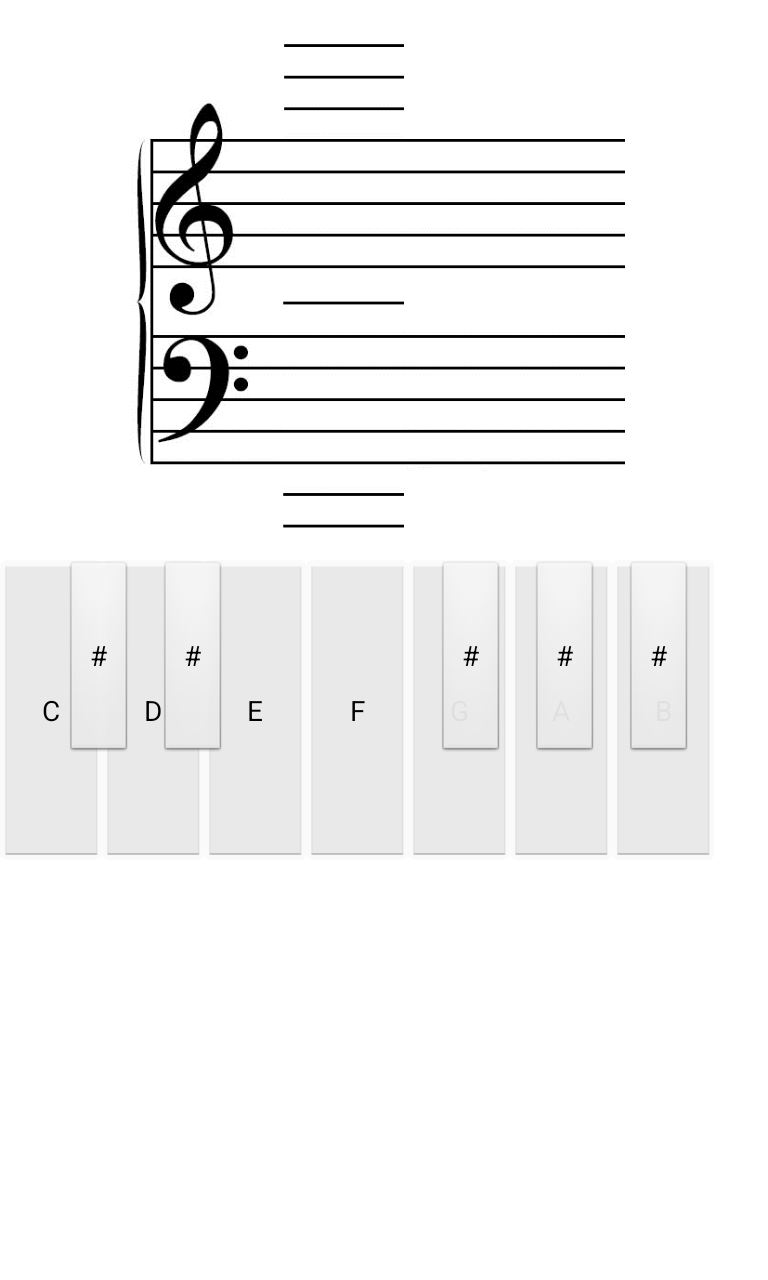
Repository: jockmahon/androidWorkSpace
Layout: Noteable/res/layout/staff_display.xml
The author's editor kept a copy of each file at every save. The layout is drawn from the files as they stood at one save, then again after the next save.
It is drawn on a 768 x 1280 px phone screen (xhdpi) without system bars, with theme AppTheme; the app's code is not run. Lists and similar views that code fills are empty.

Above is the layout before, as saved 2014-09-15 17:35:42.

After the next save:
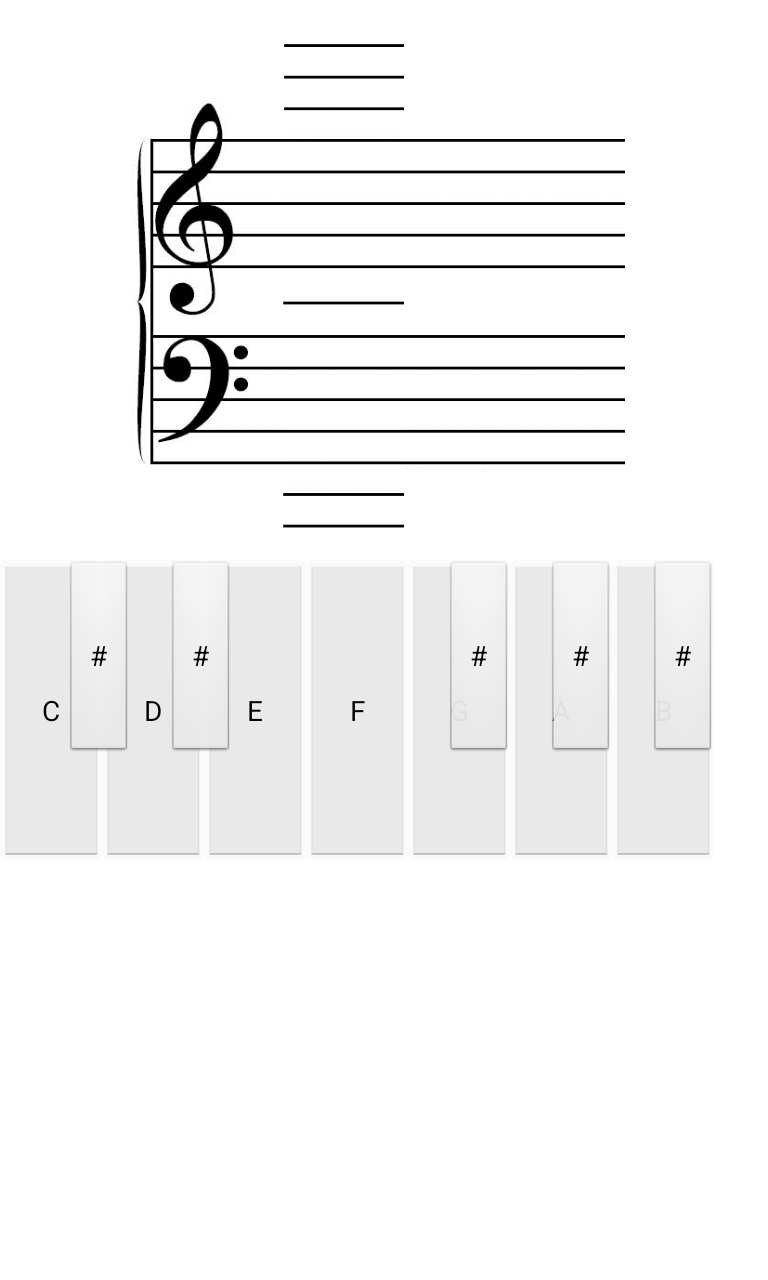
Saved 28 s later.
--- a/Noteable/res/values-sw320dp/dimens.xml
+++ b/Noteable/res/values-sw320dp/dimens.xml
@@ -7,7 +7,8 @@
     <dimen name="height_sharp_note_btn">100dp</dimen>
 
     <dimen name="padding_sharp_notes">32dp</dimen>
-    <dimen name="margin_right_small">12dp</dimen>
+
+    <dimen name="margin_right_small">16dp</dimen>
     <dimen name="margin_right_big">104dp</dimen>
 
 
